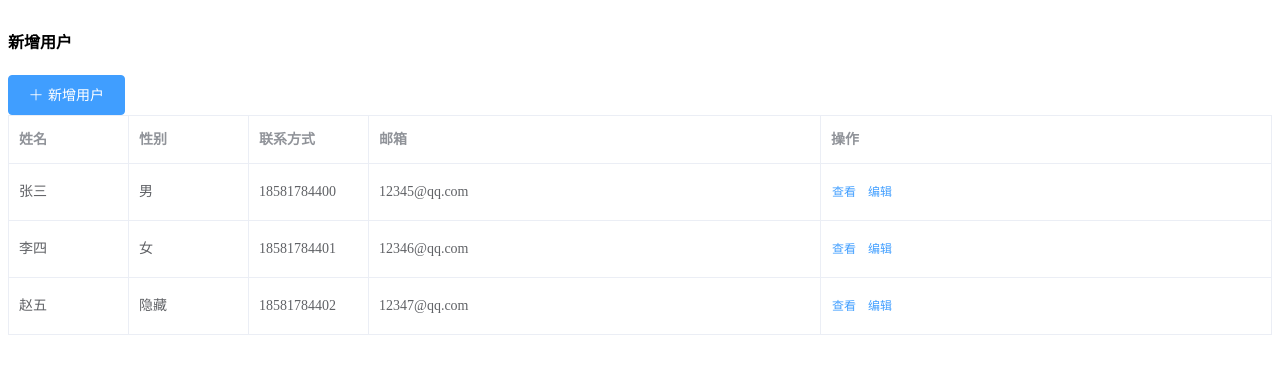
Repository: xinwuhao/New-user
Page: /
The author's editor kept a copy of each file at every save. The page is drawn from the files as they stood at one save, then again after a run of saves.
The browser window is 1280 px wide. The pictures show the whole page.
The project was rebuilt for these pictures with package versions that can differ from the ones it lists, and the page was loaded fresh each time.

Above is the page before, as saved 2021-12-21 15:51:33.

### src/main.js
import Vue from 'vue'
import App from './App.vue'
import router from './router'
import store from './store'
import ElementUI from 'element-ui';
import 'element-ui/lib/theme-chalk/index.css';

Vue.use(ElementUI);
Vue.config.productionTip = false

new Vue({
  router,
  store,
  el: '#app',
  render: h => h(App)
}).$mount('#app')

### src/views/Home.vue
<template>
  <div class="container">
    <div class="content">
      <h4>新增用户</h4>
      <div>
        <el-button
          type="primary"
          icon="el-icon-plus"
          @click="dialogVisible = true"
          >新增用户</el-button
        >
        <el-dialog title="提示" :visible.sync="dialogVisible" width="30%">
          <el-form
            :model="ruleForm"
            :rules="rules"
            ref="ruleForm"
            label-width="100px"
            class="demo-ruleForm"
          >
            <el-form-item label="名称" prop="name">
              <el-input v-model="ruleForm.name"></el-input>
            </el-form-item>
            <el-form-item label="性别" prop="sex">
              <el-radio-group
                v-model="ruleForm.sex"
                v-for="(item, index) in sex"
                :key="index"
              >
                <el-radio :label="item" style="margin-right: 10px"></el-radio>
              </el-radio-group>
            </el-form-item>
            <el-form-item label="手机号码" prop="contact">
              <el-input v-model="ruleForm.contact"></el-input>
            </el-form-item>
            <el-form-item label="邮箱" prop="mailbox">
              <el-input v-model="ruleForm.mailbox"></el-input>
            </el-form-item>
            <el-form-item>
              <el-button type="primary" @click="submitForm('ruleForm')"
                >立即新增</el-button
              >
              <el-button @click="resetForm('ruleForm')">取消</el-button>
            </el-form-item>
          </el-form>
        </el-dialog>
      </div>
      <!-- 用户列表 -->
      <div>
        <el-table :data="list" border style="width: 100%">
          <el-table-column prop="name" label="姓名" width="120">
          </el-table-column>
          <el-table-column prop="sex" label="性别" width="120">
          </el-table-column>
          <el-table-column prop="contact" label="联系方式" width="120">
          </el-table-column>
          <el-table-column prop="mailbox" label="邮箱">
          </el-table-column>
          <el-table-column fixed="right" label="操作">
            <template slot-scope="scope">
              <el-button
                @click="handleClick(scope.row)"
                type="text"
                size="small"
                >查看</el-button
              >
              <el-button type="text" size="small">编辑</el-button>
            </template>
          </el-table-column>
        </el-table>
      </div>
    </div>
  </div>
</template>

<script>
//引入子组件

export default {
  name: "",
  props: {},
  data() {
    return {
      dialogVisible: false,
      list: [
        {
          name: "张三",
          sex: "男",
          contact: "18581784400",
          mailbox: "12345@qq.com",
        },
        {
          name: "李四",
          sex: "女",
          contact: "18581784401",
          mailbox: "12346@qq.com",
        },
        {
          name: "赵五",
          sex: "隐藏",
          contact: "18581784402",
          mailbox: "12347@qq.com",
        },
      ],
      sex: ["隐藏", "男", "女"],
      ruleForm: {
        name: "",
        sex: "",
        contact: "",
        mailbox: "",
      },
      rules: {
        name: [
          { required: true, message: "请输入用户名称", trigger: "blur" },
          { min: 1, max: 5, message: "长度在 1 到 5 个字符", trigger: "blur" },
        ],
        contact: [
          { required: true, message: "请输入手机号码", trigger: "blur" },
          { min: 11, max: 11, message: "输入的手机号码有误", trigger: "blur" },
          {
            pattern:
              /^(?:(?:\+|00)86)?1(?:(?:3[\d])|(?:4[5-79])|(?:5[0-35-9])|(?:6[5-7])|(?:7[0-8])|(?:8[\d])|(?:9[189]))\d{8}$/,
            message: "输入的手机号码有误",
            trigger: "blur",
          },
        ],
        mailbox: [
          { required: true, message: "请输入邮箱", trigger: "blur" },
          {
            pattern:
              /^(([^<>()[\]\\.,;:\s@"]+(\.[^<>()[\]\\.,;:\s@"]+)*)|(".+"))@((\[[0-9]{1,3}\.[0-9]{1,3}\.[0-9]{1,3}\.[0-9]{1,3}\])|(([a-zA-Z\-0-9]+\.)+[a-zA-Z]{2,}))$/,
            message: "输入的邮箱有误",
            trigger: "blur",
          },
        ],
        sex: [{ required: true, message: "性别", trigger: "change" }],
      },
    };
  },
  components: {},
  methods: {
    submitForm(formName) {
      this.$refs[formName].validate((valid) => {
        if (valid) {
          this.$message.success("新增成功");
          this.dialogVisible = false;
          this.list.unshift(this.ruleForm);
          console.log(this.list);
        } else {
          this.$message.error("您还有信息没有填写或者填写的信息有误");
          return false;
        }
      });
    },
    resetForm(formName) {
      this.$refs[formName].resetFields();
      this.dialogVisible = false;
    },
  },
  mounted() {},
  computed: {},
  watch: {},
};
</script>

<style lang='scss' scoped>
.container {
  display: flex;
  justify-content: center;
}
.content {
  width: 1450px;
  /* 注意适配的宽度必须大于最小适配宽度 */
}
.flex {
  display: flex;
}
</style>

Loaded but not shown: public/index.html (common file); src/App.vue (common file); src/router/index.js (common file); src/store/index.js (common file)

After the next 2 saves:
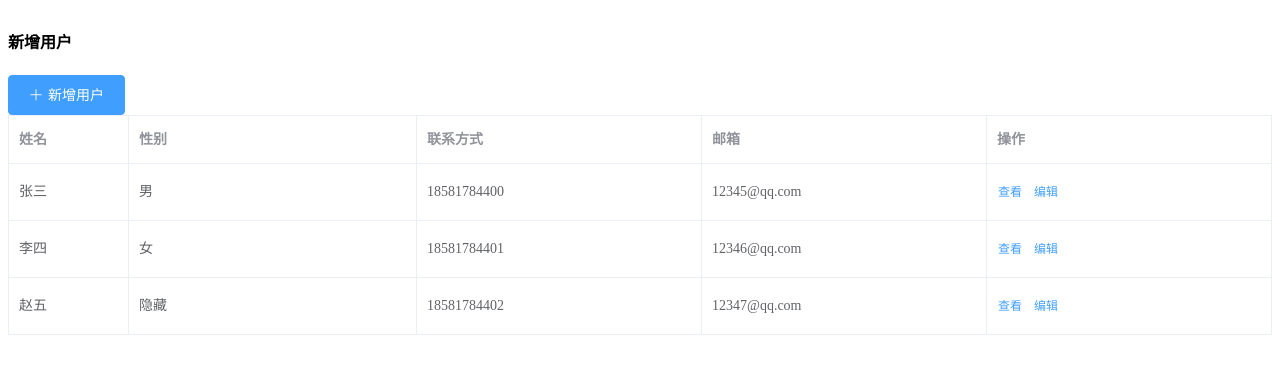
The 2 saves are shown as one change because they came seconds apart.
The last was saved 8 s later.
--- a/src/views/Home.vue
+++ b/src/views/Home.vue
@@ -49,9 +49,9 @@
         <el-table :data="list" border style="width: 100%">
           <el-table-column prop="name" label="姓名" width="120">
           </el-table-column>
-          <el-table-column prop="sex" label="性别" width="120">
+          <el-table-column prop="sex" label="性别" >
           </el-table-column>
-          <el-table-column prop="contact" label="联系方式" width="120">
+          <el-table-column prop="contact" label="联系方式">
           </el-table-column>
           <el-table-column prop="mailbox" label="邮箱">
           </el-table-column>
